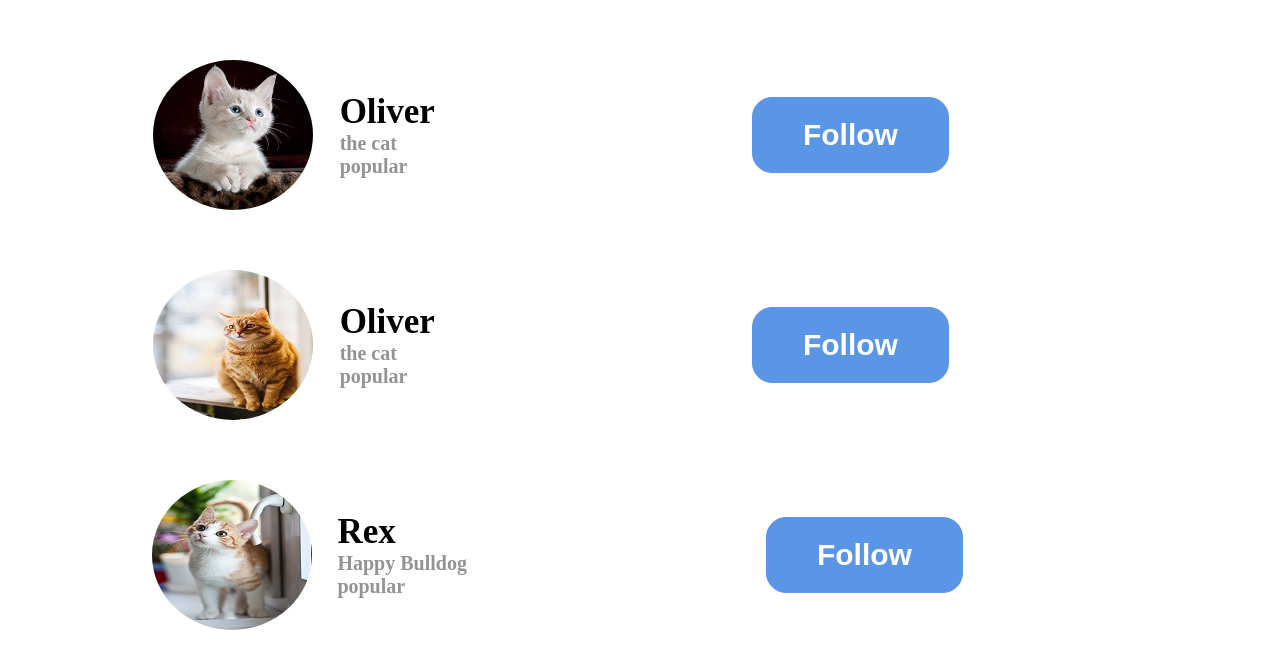
Repository: arifshahriyarnader/css-flexbox
Page: Exercise 4/index.html
These files come from the project's save history. The page is drawn as it stood at one moment and after the next save; the edit follows.
The browser window is 1280 px wide. The pictures show the whole page.

Above is the page before, as saved 2024-06-21 11:47:26.

After the next save:
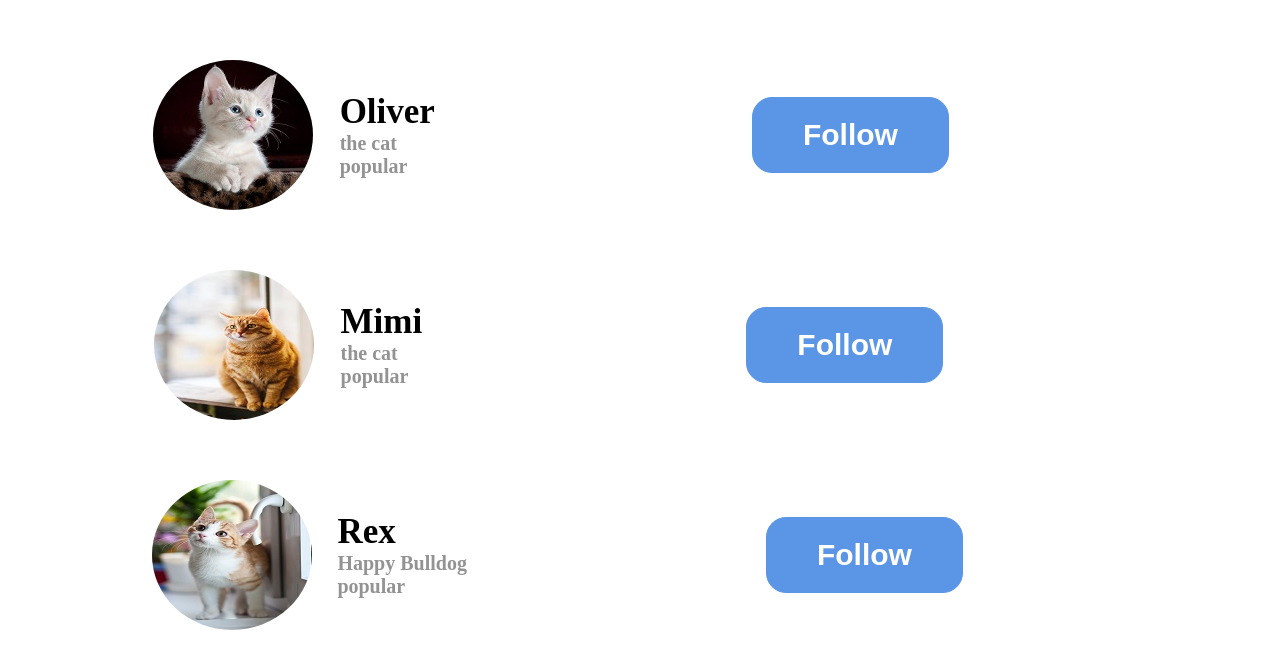
Saved 13 s later.
--- a/Exercise 4/index.html
+++ b/Exercise 4/index.html
@@ -40,7 +40,7 @@
         <div class="follow">
             <img src="images/cat2.jpg" alt="cat 1" class="follow_img">
             <div class="follow_content">
-                <h3>Oliver</h3>
+                <h3>Mimi</h3>
                 <p>the cat</p>
                 <p>popular</p>
             </div>
